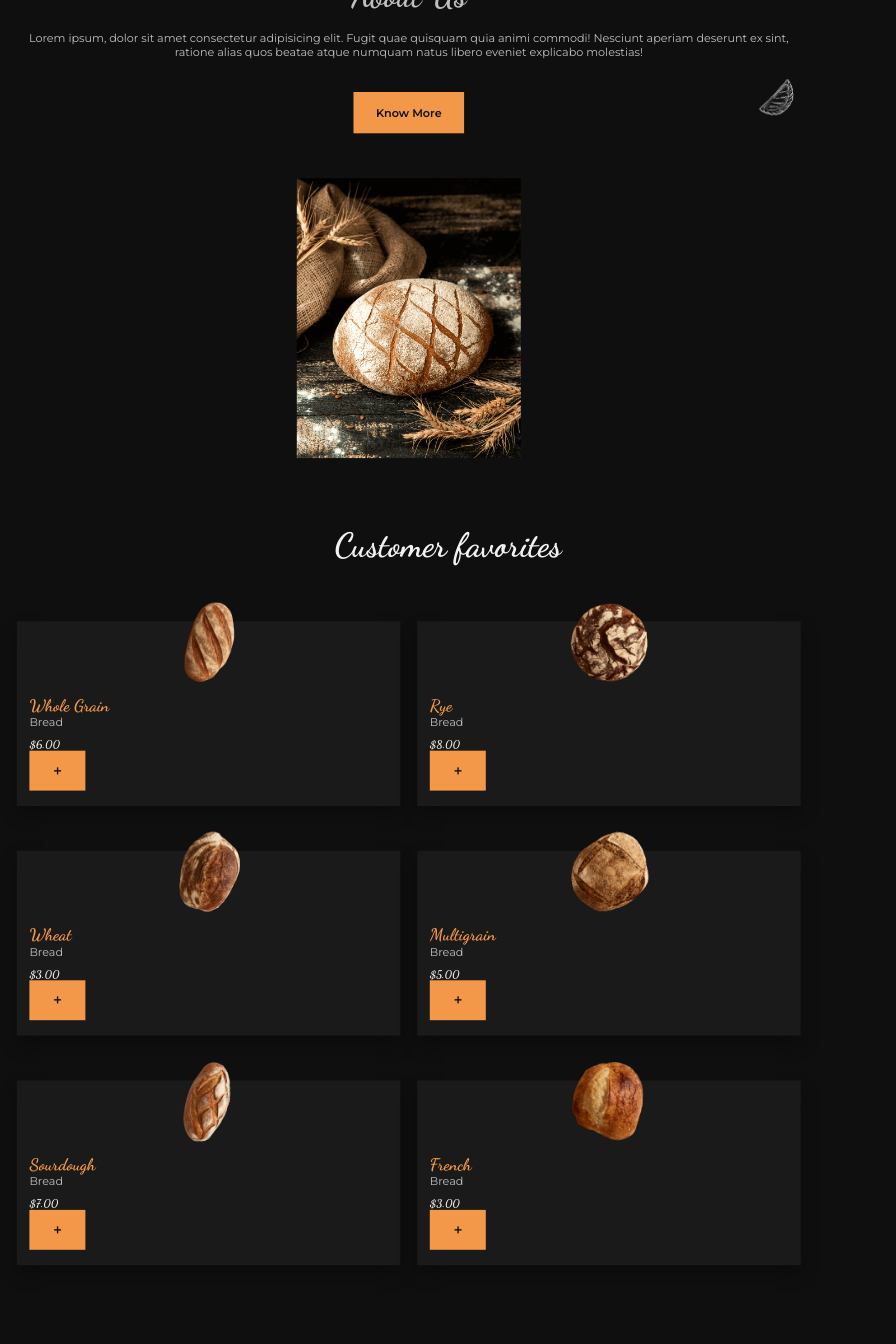
Repository: dinhhaidh/Bakery-web
Page: index.html
These files come from the project's save history. The page is drawn as it stood at one moment and after a run of saves; the edit follows.
The browser window is 1280 px wide. The pictures show the part of the page from y = 1948 to 3868 px (the page is 3868 px tall before and 3772 px after), at 70% of full size.
Some web libraries are served in a nearby version.

Above is the page before, as saved 2024-01-16 15:19:59.

After the next 3 saves:
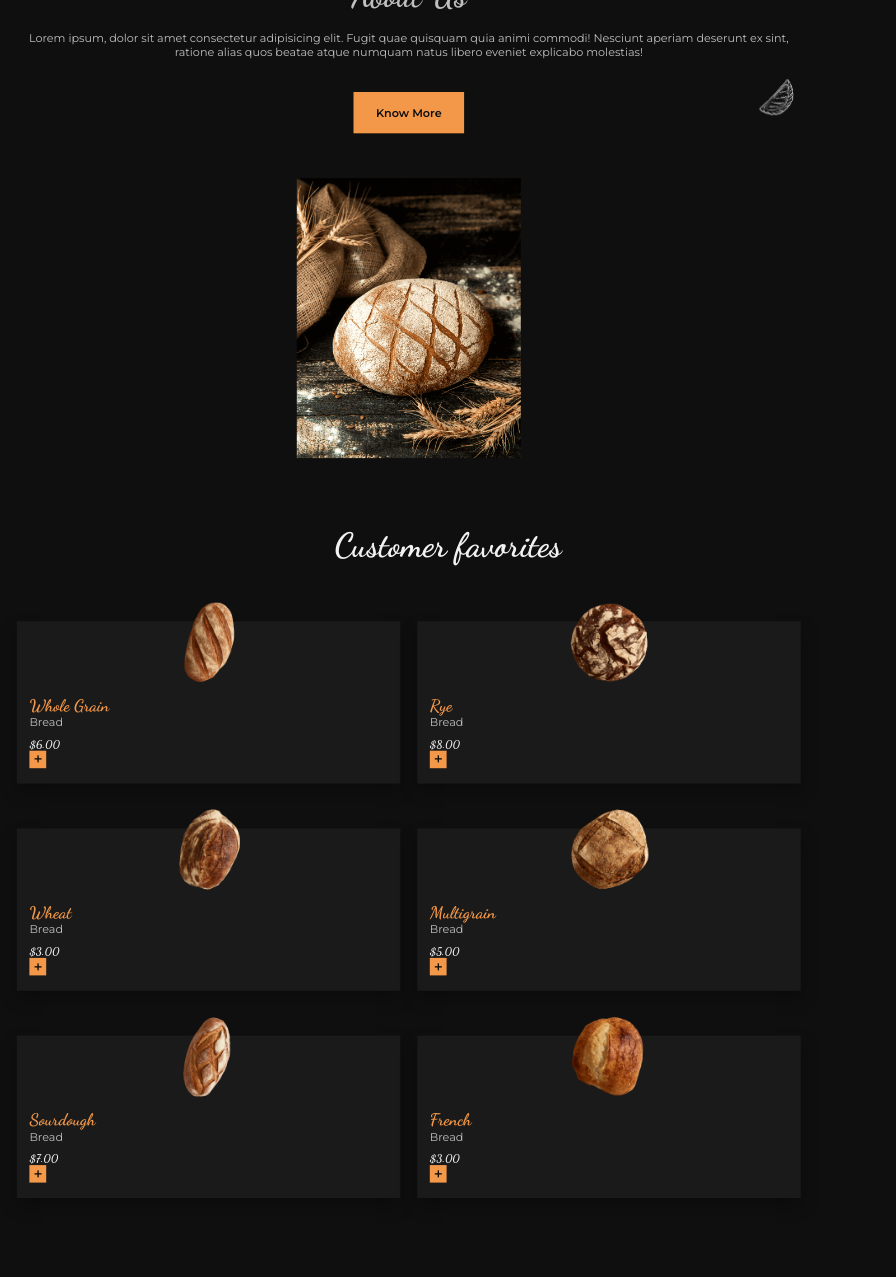
The 3 saves are shown as one change because they came seconds apart.
The last was saved 13 s later.
--- a/css/style.css
+++ b/css/style.css
@@ -423,7 +423,8 @@ transition: border-color .4s;
     font-family: var(--second-font);
 }
 .favorite__button{
-
+    padding: 0.25rem;
+    fz1
 }
 .button{
 
